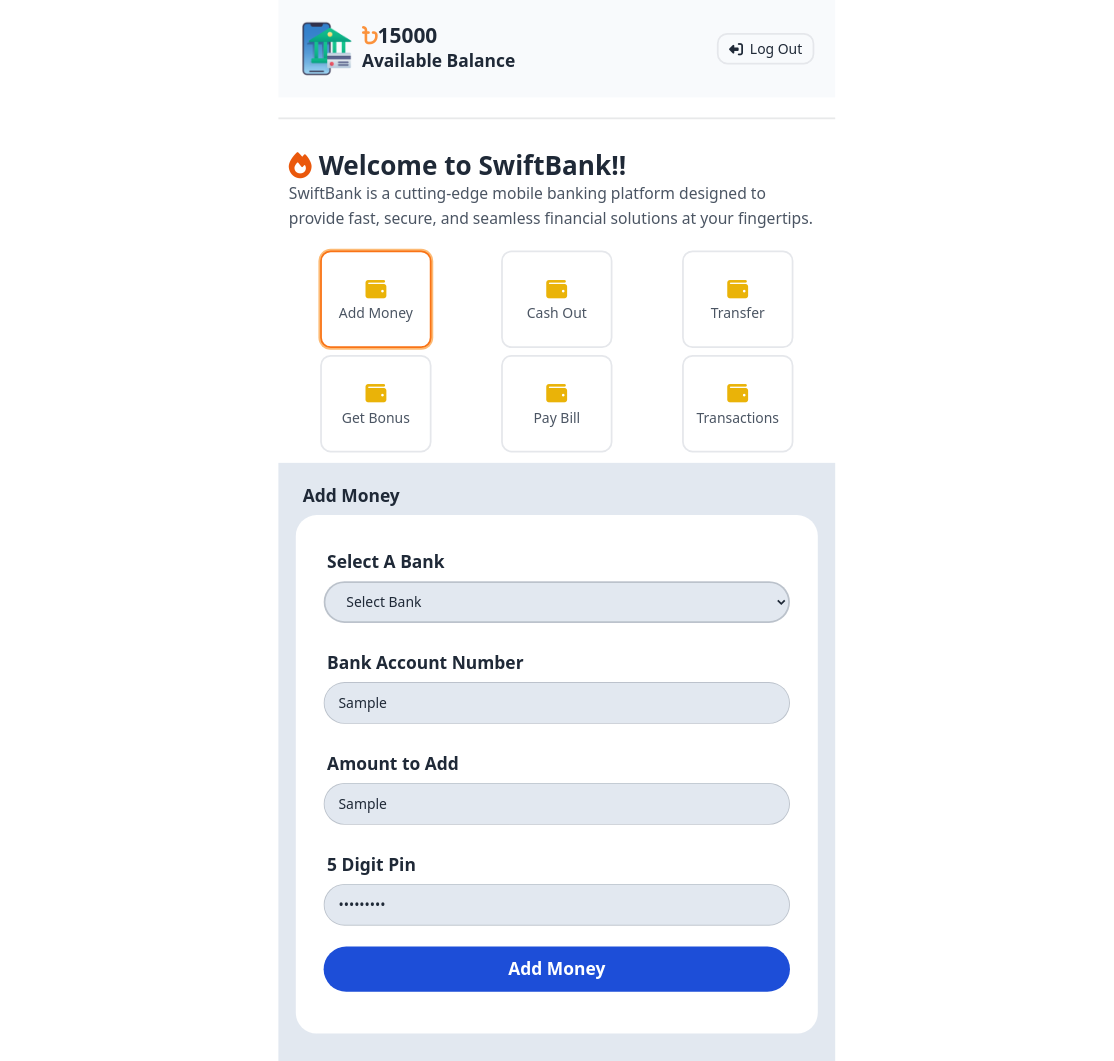
Repository: mukaddam-coder/swift-bank-mobile-banking
Page: home.html
The author's editor kept a copy of each file at every save. The page is drawn from the files as they stood at one save, then again after the next save.
The browser window is 1280 px wide. The pictures show the whole page, at 87% of full size.
Empty fields were first filled with sample values (such as "Sample", 5 or name@example.com).
After loading, the first visible `#show-add-money-section` was clicked once.
Some web libraries are served in a nearby version.

Above is the page before, as saved 2024-12-16 23:30:29.

### home.html
<!DOCTYPE html>
<html lang="en">
<head>
    <meta charset="UTF-8">
    <meta name="viewport" content="width=device-width, initial-scale=1.0">
    <title>SwiftBank</title>
    <!-- Fontawesome CDN -->
    <script src="https://kit.fontawesome.com/c4e7b2ed2f.js" crossorigin="anonymous"></script>
    <!-- Google Fonts -->
    <link rel="preconnect" href="https://fonts.googleapis.com">
    <link rel="preconnect" href="https://fonts.gstatic.com" crossorigin>
    <link href="https://fonts.googleapis.com/css2?family=Montserrat:ital,wght@0,100..900;1,100..900&display=swap" rel="stylesheet">
    <!-- Tailwind + DaisyUi CDN -->
    <link href="https://cdn.jsdelivr.net/npm/daisyui@4.12.19/dist/full.min.css" rel="stylesheet" type="text/css" />
    <script src="https://cdn.tailwindcss.com"></script>

</head>
<body>

<main>
  <div class="w-1/2 mx-auto p-6 bg-slate-50 h-full flex justify-between items-center">
    <div class="flex gap-2">
        <!-- Logo -->
    <div>
    <img class="w-16 h-16" src="images/mobile-banking.png">
    </div>
    <div>
   <h2 class="text-2xl font-bold" id="main-balance">
   <i class="fa-solid fa-bangladeshi-taka-sign text-orange-400"></i>15000</h2>
   <p class="font-semibold text-xl">Available Balance</p>
</div>
</div>
<div>
<button class="border-2 w-28 px-1 py-1 rounded-xl"> <i class="fa-solid fa-right-from-bracket rotate-180 mr-2"></i>Log Out</button>
</div>
        </div>
    <div class="divider w-1/2 mx-auto"></div>
    <!-- Greetings Section -->
        <section class="w-1/2 mx-auto p-3">
            <h1 class="font-bold text-3xl"><i class="fa-solid fa-fire text-orange-600 text-3xl mr-2"></i>Welcome to SwiftBank!!</h1>
            <p class="text-gray-600 text-lg">
                SwiftBank is a cutting-edge mobile banking platform designed to provide fast, secure, and seamless financial solutions at your fingertips.
            </p>
        </section>
     <!-- User Actionable Dashboard -->

     <section class="w-1/2 mx-auto">
        <div class="grid grid-cols-3 p-3 text-center gap-2">
          <div class="button-container">
            <button id="show-add-money-section" class="border-2 w-32 h-28 rounded-xl bg-white text-gray-600">
            <p>
              <i class="fa-solid fa-wallet text-yellow-500 text-2xl"></i>
            </p>
            Add Money
           </button>
        </div>
          <div class>
             <button id="show-cash-out-section" class="border-2 w-32 h-28 rounded-xl bg-white text-gray-600">
              <p><i class="fa-solid fa-wallet text-yellow-500 text-2xl"></i></p>
                Cash Out
              </button>
            </div>
          <div>
          <button id="show-money-transfer-section" class="border-2 w-32 h-28 rounded-xl bg-white text-gray-600">
              <p><i class="fa-solid fa-wallet text-2xl text-yellow-500"></i></p>
                Transfer
              </button>
            </div>
          <div class="">
        <button id="show-get-bonus-section" class="border-2 w-32 h-28 rounded-xl bg-white text-gray-600">
            <p><i class="fa-solid fa-wallet text-2xl text-yellow-500"></i></p>
                Get Bonus
            </button>
          </div>
        <div class="">
          <button id="show-pay-bill-section" class="border-2 w-32 h-28 rounded-xl bg-white text-gray-600">
              <p><i class="fa-solid fa-wallet text-2xl text-yellow-500"></i></p>
                      Pay Bill
            </button>
          </div>
        <div class="">
          <button id="show-transaction-history" class="border-2 w-32 h-28 rounded-xl bg-white text-gray-600">
              <p><i class="fa-solid fa-wallet text-2xl text-yellow-500"></i></p>
                      Transactions
              </button>
            </div>

        </div>
      </section>
      <!-- Add Money Section Start -->
      <section id ="add-money-section" class="w-1/2 mx-auto px-5 py-4 bg-slate-200">
        <h2 class="p-2 font-bold text-xl">Add Money</h2>
        <form class="card-body bg-white rounded-3xl">
            <div class="form-control mb-4">
              <label class="label">
                <span class="label-text font-semibold text-xl">Select A Bank</span>
              </label>
              <select id="bank"  class="input-bordered rounded-full bg-slate-200 h-12 px-5 border-2">
                <option value="Select Bank">Select Bank</option>
                <option value="AB Bank PLC">AB Bank PLC</option>
                <option value="Bangladesh Commerce Bank Limited">Bangladesh Commerce Bank Limited</option>
                <option value="Islami Bank Bangladesh PLC">Islami Bank Bangladesh PLC</option>
                <option value="Dutch-Bangla Bank PLC">Dutch-Bangla Bank PLC</option>
                <option value="Jamuna Bank Limited">Jamuna Bank Limited</option>
                <option value="Trust Bank PLC">Trust Bank PLC</option>
              </select>
              </div>
            <div class="form-control mb-4">
              <label class="label">
                <span class="label-text font-semibold text-xl">Bank Account Number</span>
              </label>
              <input id="input-bank-account-field" type="text" placeholder="Enter 17 digit account number" class="input input-bordered rounded-full bg-slate-200" required />
            </div>
            <div class="form-control mb-4">
              <label class="label">
                <span class="label-text font-semibold text-xl">Amount to Add</span>
              </label>
              <input id="input-amount-field" type="text" placeholder="Write Amount" class="input input-bordered rounded-full bg-slate-200" required />
              </div>
            <div class="form-control mb-4">
              <label class="label">
                <span class="label-text font-semibold text-xl">5 Digit Pin</span>
              </label>
              <input id="input-add-money-pin-number" type="password" placeholder="Enter 5 Digit Pin" class="input input-bordered rounded-full bg-slate-200" required />
              </div>
            <div class="form-control mb-4">
              <button id="btn-add-money" class="bg-blue-700 font-bold text-xl text-white p-3 rounded-full">Add Money</button>
            </div>
          </form>
          <!-- Result Message -->
        <p id="result-message" class="text-center font-bold text-lg mt-4"></p>
      </section>
      <!-- Add Money Section End -->

      <!-- Cash Out Section Start -->
      <section id ="cash-out-section" class="hidden w-1/2 mx-auto px-5 py-4 bg-slate-200">
        <h2 class="p-2 font-bold text-xl">Cash Out</h2>
        <form class="card-body bg-white rounded-3xl">
            <div class="form-control mb-4">
              <label class="label">
                <span class="label-text font-semibold text-xl">Agent Number</span>
              </label>
              <input type="number" id="input-cash-out-phone" placeholder="Enter 11 digit number" class="input input-bordered rounded-full bg-slate-200" maxlength="11" required >
              </div>
             <div class="form-control mb-4">
              <label class="label">
                <span class="label-text font-semibold text-xl">Withdrawal Amount</span>
              </label>
              <input id="input-cash-out-field" type="text" placeholder="Write Amount" class="input input-bordered rounded-full bg-slate-200" required />
            </div>
            <div class="form-control mb-4">
              <label class="label">
                <span class="label-text font-semibold text-xl">5 Digit Pin</span>
              </label>
              <input id="input-cash-out-pin-number" type="password" placeholder="Enter 5 Digit Pin" class="input input-bordered rounded-full bg-slate-200" required />
              </div>
          <div class="form-control mb-4">
              <button id="btn-cash-out" class="bg-blue-700 font-bold text-xl text-white p-3 rounded-full">Cash Out</button>
            </div>
          </form>
      </section>
     <!-- Cash Out Section End -->

     <!-- Money Transfer Section Start -->
     <section id ="money-transfer-section" class="hidden w-1/2 mx-auto px-5 py-4 bg-slate-200">
      <h2 class="p-2 font-bold text-xl">Money Transfer</h2>
      <form class="card-body bg-white rounded-3xl">
          <div class="form-control mb-4">
            <label class="label">
              <span class="label-text font-semibold text-xl">User Account Number</span>
            </label>
            <input type="number" id="input-money-transfer-number" placeholder="Enter 11 digit number" class="input input-bordered rounded-full bg-slate-200" maxlength="11" required >
            </div>
           <div class="form-control mb-4">
            <label class="label">
              <span class="label-text font-semibold text-xl">Amount</span>
            </label>
            <input id="input-money-transfer-amount" type="text" placeholder="Enter Amount to transfer" class="input input-bordered rounded-full bg-slate-200" required />
          </div>
          <div class="form-control mb-4">
            <label class="label">
              <span class="label-text font-semibold text-xl">5 Digit Pin</span>
            </label>
            <input id="input-money-transfer-pin" type="password" placeholder="Enter 5 Digit Pin" class="input input-bordered rounded-full bg-slate-200" required />
            </div>
           <div class="form-control mb-4">
            <button id="btn-money-transfer" class="bg-blue-700 font-bold text-xl text-white p-3 rounded-full">Send Now</button>
          </div>
        </form>
    </section>
     <!-- Money Transfer Section End -->

     <!-- Get Bonus Section Start -->
     <section id ="get-bonus-section" class="hidden w-1/2 mx-auto px-5 py-4 bg-slate-200">
      <h2 class="p-2 font-bold text-xl">Get Bonus</h2>
      <form class="card-body bg-white rounded-3xl">
          <div class="form-control mb-4">
            <label class="label">
              <span class="label-text font-semibold text-xl">Bonus Coupon</span>
            </label>
            <input type="text" id="input-bonus-coupon" placeholder="Enter coupon code" class="input input-bordered rounded-full bg-slate-200" maxlength="11" required >
            </div>

           <div class="form-control mb-4">
            <button id="btn-get-bonus" class="bg-blue-700 font-bold text-xl text-white p-3 rounded-full">Get Bonus</button>
          </div>
        </form>
    </section>
     <!-- Get Bonus Section End -->

     <!-- Pay Bill Section Start -->
     <section id ="pay-bill-section" class="hidden w-1/2 mx-auto px-5 py-4 bg-slate-200">
      <h2 class="p-2 font-bold text-xl">Pay Bill</h2>
      <form class="card-body bg-white rounded-3xl">
          <div class="form-control mb-4">
            <label class="label">
              <span class="label-text font-semibold text-xl">Select to Pay</span>
            </label>
            <select id="payment-list"  class="input-bordered rounded-full bg-slate-200 h-12 px-5 border-2">
              <option value="Select option">Select Payment Option</option>
              <option value="Electricity Bill">Electricity Bill</option>
              <option value="Gas Bill">Gas Bill</option>
              <option value="Water Bill">Water Bill</option>
              <option value="Internet Bill">Internet Bill</option>
              <option value="Mobile Recharge">Mobile Recharge</option>
              <option value="Tax Payments">Tax Payments</option>
              <option value="College/University Tuition Fees">College/University Tuition Fees</option>
              <option value="Bus/Train Tickets">Bus/Train Tickets</option>
              <option value="Bus/Train Tickets">Passport or Visa Fees</option>
              <option value="Credit Card Bill Payments">Credit Card Bill Payments</option>
            </select>
            </div>
           <div class="form-control mb-4">
            <label class="label">
              <span class="label-text font-semibold text-xl">Billar Account Number</span>
            </label>
            <input id="input-billar-account-number-field" type="text" placeholder="Enter account number" class="input input-bordered rounded-full bg-slate-200" required />
            </div>
          <div class="form-control mb-4">
            <label class="label">
              <span class="label-text font-semibold text-xl">Amount to Pay</span>
            </label>
            <input id="input-pay-bill-amount-field" type="number" placeholder="Write Amount" class="input input-bordered rounded-full bg-slate-200" required />
            </div>
          <div class="form-control mb-4">
            <label class="label">
              <span class="label-text font-semibold text-xl">5 Digit Pin</span>
            </label>
            <input id="input-pay-bill-pin-number" type="password" placeholder="Enter 5 Digit Pin" class="input input-bordered rounded-full bg-slate-200" required />
            </div>
          <div class="form-control mb-4">
            <button id="btn-pay-bill" class="bg-blue-700 font-bold text-xl text-white p-3 rounded-full">Pay Now</button>
          </div>
        </form>
        <!-- Result Message -->
        <p id="result-message" class="text-center font-bold text-lg mt-4"></p>
    </section>
     <!-- Pay Bill Section End -->

     <!-- Transaction History Start -->
     <section id ="transaction-history-section" class="hidden w-1/2 mx-auto px-5 py-4 bg-slate-200">
      <div class="flex justify-between items-center">
        <h2 class="p-2 font-bold text-xl">Transaction History</h2>
        <p class="p-2">
          <a href="#">View All</a>
        </p>
      </div>

      <div id="transaction-container">

      </div>
    </section>
     <!-- Transaction History End -->
      <script src="Jscript/utilities.js"></script>
      <script src="Jscript/add-money.js"></script>
      <script src="Jscript/cash-out.js"></script>
      <script src="Jscript/features.js"></script>
      <script src="Jscript/money-transfer.js"></script>
      <script src="Jscript/bonus.js"></script>
      <script src="Jscript/pay-bill.js"></script>
       </main>

</body>
</html>

### Jscript/utilities.js
function getInputFieldValueById(id){
    const inputValue = document.getElementById(id).value;
    const inputNumber = parseFloat(inputValue);
    return inputNumber;
}


function getTextFieldValueById(id){
    const textValue = document.getElementById(id).innerText;
    const textNumber = parseFloat(textValue);
    return textNumber;
}

function showSectionById(id){
    // Hide all the section
    document.getElementById('add-money-section').classList.add('hidden');
    document.getElementById('cash-out-section').classList.add('hidden');
    document.getElementById('money-transfer-section').classList.add('hidden');
    document.getElementById('get-bonus-section').classList.add('hidden');
    document.getElementById('pay-bill-section').classList.add('hidden');
//    Show the section with the provided id
    document.getElementById(id).classList.remove('hidden');
};

### Jscript/add-money.js
document.getElementById('btn-add-money').addEventListener('click', function(event){
    event.preventDefault();
   const bankList = document.getElementById('bank').value;
   const addMoney = getInputFieldValueById('input-amount-field');
   const pinNumber = getInputFieldValueById('input-add-money-pin-number');
   const bankAccNumber = getInputFieldValueById('input-bank-account-field');
   const mainBalance = getTextFieldValueById('main-balance');




    if(isNaN(addMoney)){
        alert('Please enter a positive number to add money.');
        return;
    }

    if(addMoney <= 0 ){
        alert('Please enter a positive number to add money.')
    }

   if(pinNumber === 19945 && bankAccNumber >= 6){
        const newBalance = mainBalance + addMoney;
        document.getElementById('main-balance').innerText = newBalance;
        // Get Transaction time
        const transactionTime = new Date();
        const formattedTime = transactionTime.toLocaleString();

        // Add to transaction histoy
       const transactionDiv = document.createElement('div');
               transactionDiv.classList.add('bg-white', 'rounded-xl', 'p-4', 'mb-4');
               transactionDiv.innerHTML = `
                   <div class = "flex justify-between items-center gap-1">
                       <div class="flex w-1/3">
                       <p><i class="fa-solid fa-wallet text-2xl text-yellow-500 rounded-full bg-slate-200 px-3 py-2"></i></p>
                       <h2 class="p-1 font-bold text-xl text-center">Add Money</h2>
                       </div>
                       <div class="flex-1">
                       <p class="text-md"><span class ="font-bold text-green-600">From ${bankList}</span> BDT: ${addMoney} was added to your account, and your new balance is BDT: ${newBalance}</p>
                       <p class="text-sm text-gray-500 font-bold">Transaction Time: ${formattedTime}</p>
                       </div>
                    </div>`;

               // Append transaction to the transaction history container
               document.getElementById('transaction-container').appendChild(transactionDiv);
         }

   else{
    alert('Failed to add money!Please try again.')
   }
})

### Jscript/features.js

// The add money section will show when the add money button is clicked.
document.getElementById('show-add-money-section').addEventListener('click', function(){
    showSectionById('add-money-section');

    const addMoneyButton = document.getElementById('show-add-money-section');
   addMoneyButton.classList.add('border-1', 'border-orange-500', 'ring-2', 'ring-orange-300');
});

// The cash-out section will show when the cash-out button is clicked.
document.getElementById('show-cash-out-section').addEventListener('click', function(){
    showSectionById('cash-out-section')
});

// The money transfer section will show when the money transfer button is clicked.

document.getElementById('show-money-transfer-section').addEventListener('click', function(){
    showSectionById('money-transfer-section');
});


document.getElementById('show-get-bonus-section').addEventListener('click', function(){
    showSectionById('get-bonus-section');
});

document.getElementById('show-pay-bill-section').addEventListener('click', function(){
    showSectionById('pay-bill-section');
});


document.getElementById('show-transaction-history').addEventListener('click', function(){
    showSectionById('transaction-history-section');
})

### Jscript/bonus.js
document.getElementById('btn-get-bonus').addEventListener('click', function(event){
    event.preventDefault();
    const getBonusInput = document.getElementById('input-bonus-coupon').value.trim();
    const mainBalanceText = document.getElementById('main-balance').innerText;
    const mainBalance = parseFloat(mainBalanceText);
    const couponCode = 'BONUS10';

    if(getBonusInput === couponCode){
        const bonusAmount = 100;
        const newBalance = mainBalance + bonusAmount;
        document.getElementById('main-balance').innerText = newBalance;
    }
    else{
        alert('Invalid Coupon Code! Please try again.')
    }
})

### Jscript/pay-bill.js
document.getElementById('btn-pay-bill').addEventListener('click', function(event){
         event.preventDefault();

         const paymentList = document.getElementById('payment-list').value;
         const accountNumber = getInputFieldValueById('input-billar-account-number-field');
         const payBillAmount = getInputFieldValueById('input-pay-bill-amount-field');
         const payBillPin = getInputFieldValueById('input-pay-bill-pin-number');

         const mainBalance = getTextFieldValueById('main-balance');

         if(isNaN(payBillAmount)){
            alert('Please enter a positive number.');
            return;
         }

         if(payBillAmount <= 0){
            alert('Please enter a valid amount greater than 0.');
            return;
         }

         if(payBillAmount > mainBalance){
            alert('You do not have sufficient balance to complete the payment.')
            return;
         }

         if(payBillPin === 19945 && accountNumber === 1629501006323){
            const newBalance = mainBalance - payBillAmount;
            document.getElementById('main-balance').innerText = newBalance;
               // add to transaction history
               const transactionDiv = document.createElement('div');
               transactionDiv.classList.add('bg-white', 'rounded-xl', 'p-4', 'mb-4');
               transactionDiv.innerHTML = `
                   <div class = "flex items-center gap-2">
                       <p><i class="fa-solid fa-wallet text-2xl text-yellow-500 rounded-full bg-slate-200 px-3 py-2"></i></p>
                       <h2 class="p-2 font-bold text-lg">${paymentList}</h2>
                       <p class="text-md">BDT ${payBillAmount} paid for ${paymentList}</p>
                       <p class="text-sm text-gray-600">Payment successful! Remaining Balance: BDT ${newBalance}</p>
                   </div>`;

               // Append transaction to the transaction history container
               document.getElementById('transaction-container').appendChild(transactionDiv);
         }

         else{
            alert('Invalid PIN or Account Number! Please try again.')
         }
})

Loaded but not shown: Jscript/money-transfer.js (54 lines, source omitted); Jscript/cash-out.js (53 lines, source omitted)

After the next save:
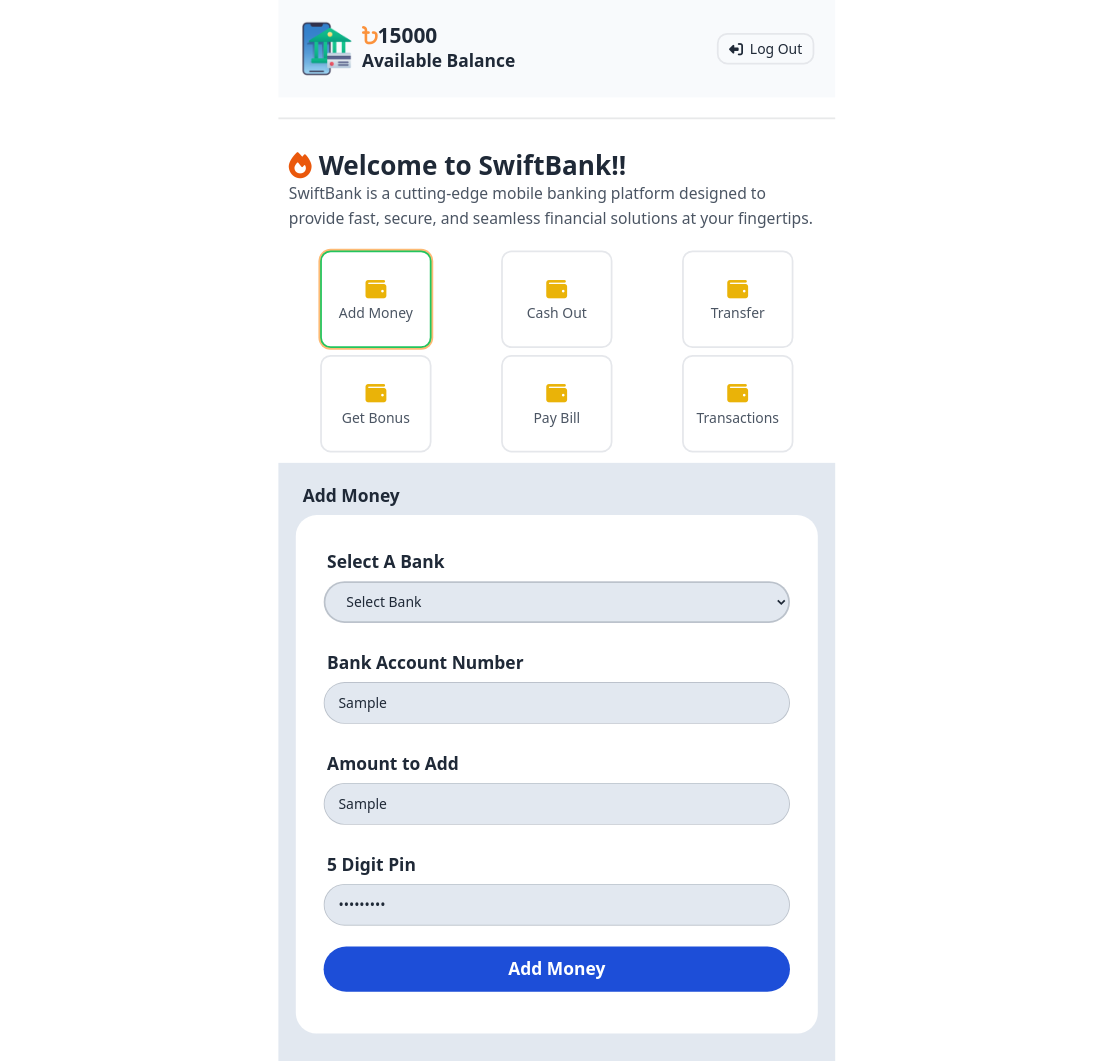
Saved 16 s later.
--- a/Jscript/features.js
+++ b/Jscript/features.js
@@ -4,7 +4,7 @@
     showSectionById('add-money-section');
 
     const addMoneyButton = document.getElementById('show-add-money-section');
-   addMoneyButton.classList.add('border-1', 'border-orange-500', 'ring-2', 'ring-orange-300');
+   addMoneyButton.classList.add('border-1', 'border-green-500', 'ring-2', 'ring-orange-300');
 });
 
 // The cash-out section will show when the cash-out button is clicked.
